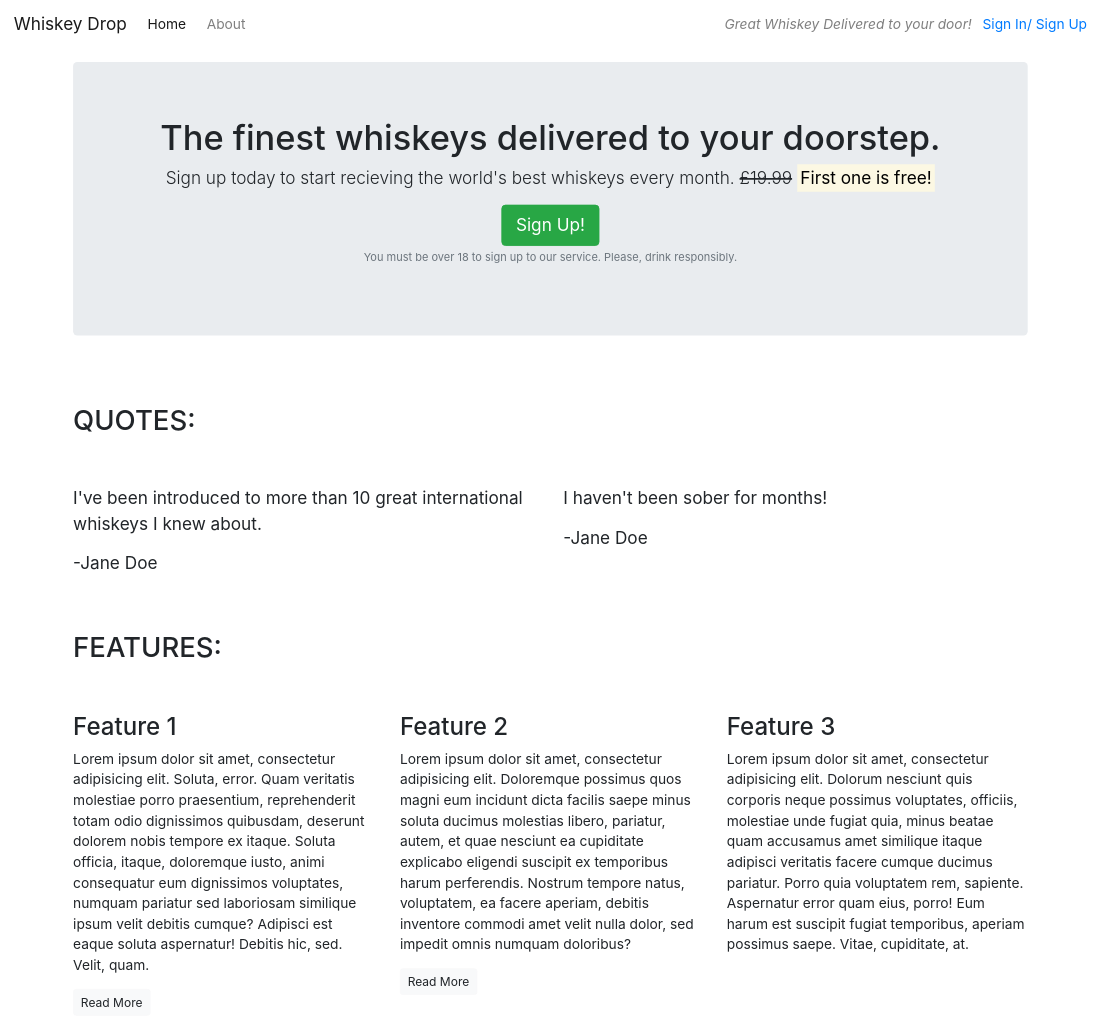
Repository: Leannald13/whiskey-project
Page: index.html
The author's editor kept a record of every edit. The page is drawn from the files as they stood at one moment, then again after the next edit.
The browser window is 1280 px wide. The pictures show the whole page, at 86% of full size.

Above is the page before.
Console error: TypeError: Cannot read properties of undefined (reading 'fn')

### index.html
<!DOCTYPE html>
<html lang="en">

<head>
    <meta charset="UTF-8">
    <meta name="viewport" content="width=device-width, initial-scale=1.0">
    <meta http-equiv="X-UA-Compatible" content="ie=edge">
    <link rel="stylesheet" href="https://stackpath.bootstrapcdn.com/bootstrap/4.1.3/css/bootstrap.min.css" integrity="sha384-MCw98/SFnGE8fJT3GXwEOngsV7Zt27NXFoaoApmYm81iuXoPkFOJwJ8ERdknLPMO" crossorigin="anonymous">
    <script src="https://stackpath.bootstrapcdn.com/bootstrap/4.1.3/js/bootstrap.min.js" integrity="sha384-ChfqqxuZUCnJSK3+MXmPNIyE6ZbWh2IMqE241rYiqJxyMiZ6OW/JmZQ5stwEULTy" crossorigin="anonymous"></script>
    <title>Whiskey Drop: Taste a new whiskey every month</title>
</head>

<body>
    <nav class="navbar navbar-light bg-navbar navbar-expand-sm">
    <a href= "/" class="navbar-brand">Whiskey Drop</a>
    <ul class="navbar-nav mr-auto">
        <li class="active nav-item mr-2"><a class="nav-link" href="/">Home</a></li>
        <li class="nav-item mr-2"><a class="nav-link" href="/about">About</a></li>
        <li class="nav-item mr-2 d-block d-sm-none"><a class="nav-link" href="/login">Sign In/ Sign Up!</a></li>
        </ul>
        <div class="d-none d-md-block">
        <p class="navbar-text my-auto mr-2"><i>Great Whiskey Delivered to your door!</i></p>
        <a href="/login">Sign In/ Sign Up</a>
        </div>
    </nav>
    <article class="container mt-3">
        <div class="row">
            <div class="col-12">
                <section class="callout jumbotron text-center">
                    <h1>The finest whiskeys delivered to your doorstep.</h1>
                    <p class="lead">Sign up today to start recieving the world's best whiskeys every month.
                        <s class="d-none d-sm-inline">£19.99</s>
                        <span class="d-inline d-sm-none"><br></span>
                        <strong><mark>First one is free!</mark></strong></p>
                    <button class="btn btn-success btn-lg">Sign Up!</button>
                    <p class="text-muted"><small>You must be over 18 to sign up to our service. Please, drink responsibly.</small></p>
                </section>
            </div>
        </div>
        <section class="quotes">
            <div class="row">
                <div class="col-12 my-5">
                    <h2 class="text-uppercase">Quotes:</h2>
                </div>
            </div>
            <div class="row">
                <div class="col-12 col-md-6">
                    <div class="media"></div>
                    <blockquote class="blockquote">
                        <p>I've been introduced to more than 10 great international whiskeys I knew about.</p>
                        <p>-Jane Doe</p>
                    </blockquote>
                </div>
                <div class="col-12 col-md-6">
                    <blockquote class="blockquote">
                        <p>I haven't been sober for months!</p>
                        <p>-Jane Doe</p>
                    </blockquote>
                </div>
            </div>
        </section>
        <section class="features">
            <div class="row">
                <div class="col-12 my-5">
                    <h2 class="text-uppercase">Features:</h2>
                </div>
            </div>
            <div class="row">
                <div class="col-12 col-md-6 col-lg-4">
                    <div class="feature">
                        <h3>Feature 1</h3>
                        <p>Lorem ipsum dolor sit amet, consectetur adipisicing elit. Soluta, error. Quam veritatis molestiae porro praesentium, reprehenderit totam odio dignissimos quibusdam, deserunt dolorem nobis tempore ex itaque. Soluta officia, itaque,
                            doloremque iusto, animi consequatur eum dignissimos voluptates, numquam pariatur sed laboriosam similique ipsum velit debitis cumque? Adipisci est eaque soluta aspernatur! Debitis hic, sed. Velit, quam.</p>
                        <p><a class="btn btn-sm btn-light" href="">Read More</a></p>
                    </div>
                </div>
                <div class="col-12 col-md-6 col-lg-4">
                    <div class="feature">
                        <h3>Feature 2</h3>
                        <p>Lorem ipsum dolor sit amet, consectetur adipisicing elit. Doloremque possimus quos magni eum incidunt dicta facilis saepe minus soluta ducimus molestias libero, pariatur, autem, et quae nesciunt ea cupiditate explicabo eligendi
                            suscipit ex temporibus harum perferendis. Nostrum tempore natus, voluptatem, ea facere aperiam, debitis inventore commodi amet velit nulla dolor, sed impedit omnis numquam doloribus?</p>
                        <p><a class="btn btn-sm btn-light" href="">Read More</a></p>
                    </div>
                </div>
                <div class="col-12 d-md-none d-lg-block col-lg-4">
                    <div class="feature">
                        <h3>Feature 3</h3>
                        <p>Lorem ipsum dolor sit amet, consectetur adipisicing elit. Dolorum nesciunt quis corporis neque possimus voluptates, officiis, molestiae unde fugiat quia, minus beatae quam accusamus amet similique itaque adipisci veritatis facere
                            cumque ducimus pariatur. Porro quia voluptatem rem, sapiente. Aspernatur error quam eius, porro! Eum harum est suscipit fugiat temporibus, aperiam possimus saepe. Vitae, cupiditate, at.</p>
                    </div>
                </div>
            </div>


        </section>
    </article>

</body>

</html>

After the next edit:
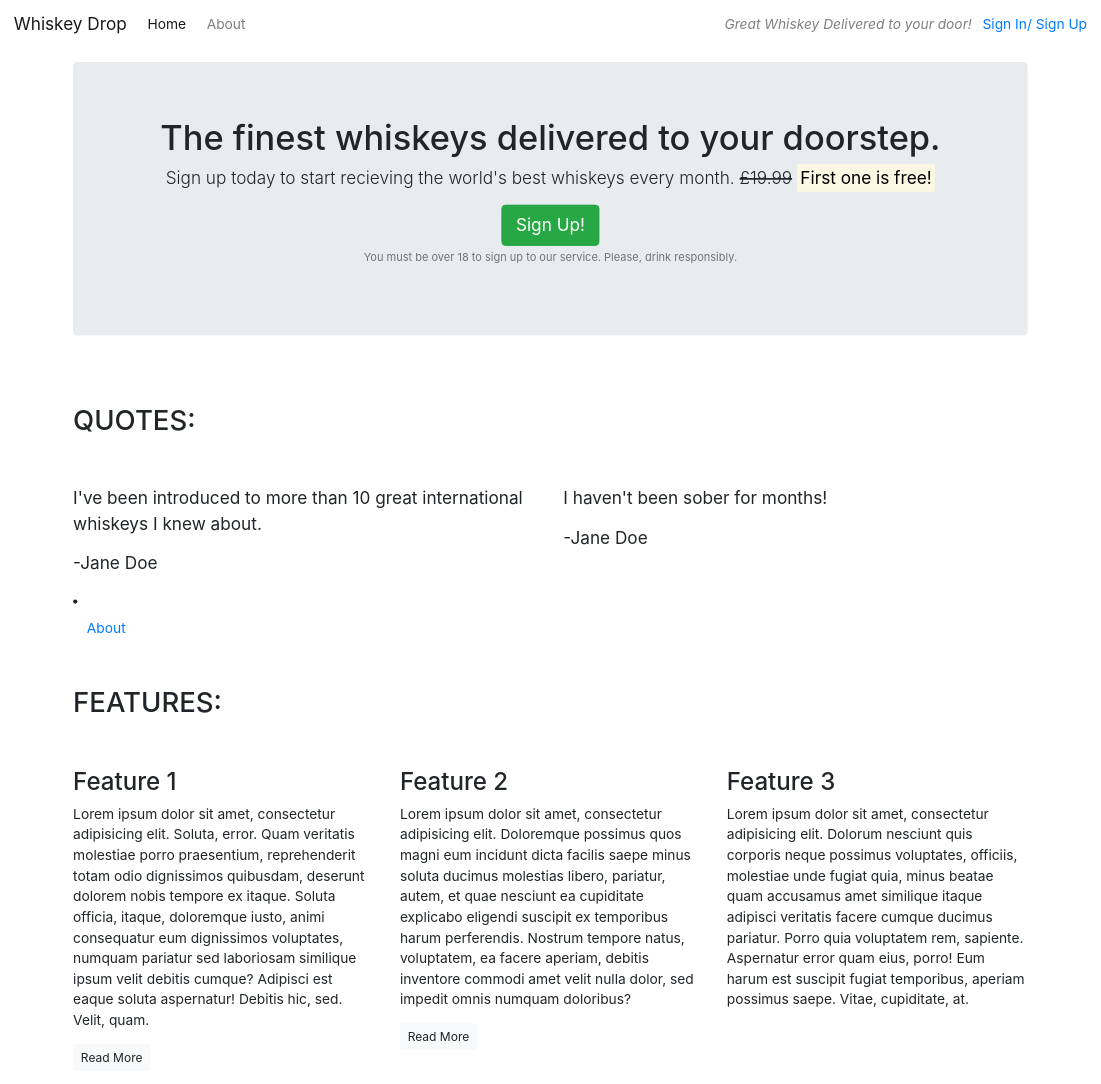
The edit:
--- a/index.html
+++ b/index.html
@@ -50,6 +50,7 @@
                         <p>I've been introduced to more than 10 great international whiskeys I knew about.</p>
                         <p>-Jane Doe</p>
                     </blockquote>
+                    <li class="nav-item mr-2"><a class="nav-link" href="/about">About</a></li>
                 </div>
                 <div class="col-12 col-md-6">
                     <blockquote class="blockquote">
